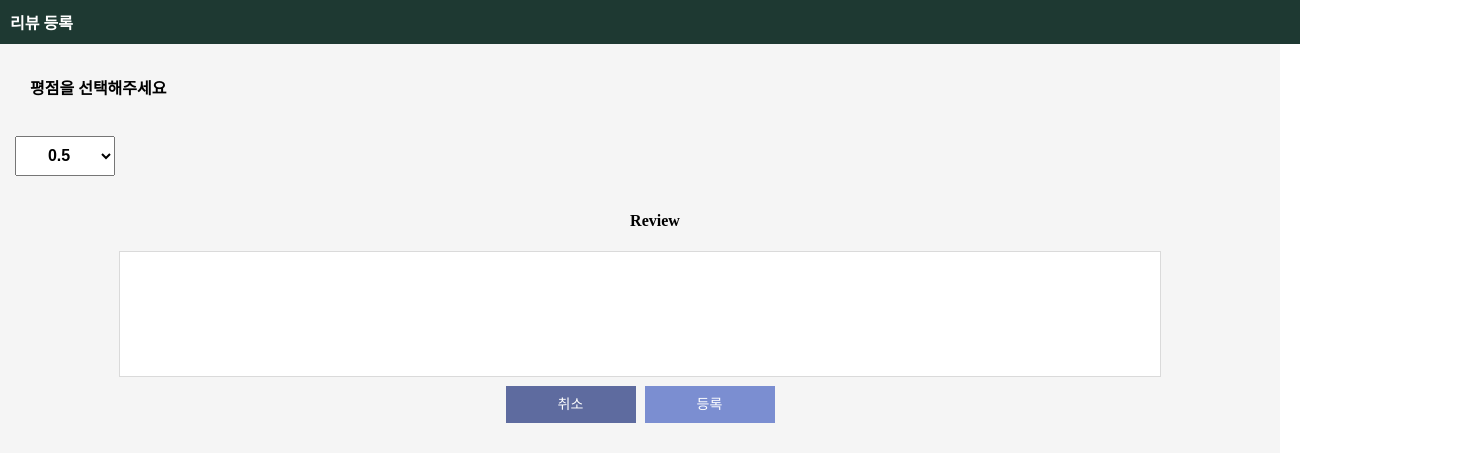
Repository: KimYoungHwans/Yproject
Page: http://localhost/Yproject/WEB-INF/views/replyEnroll.jsp
These files come from the project's save history. The page is drawn as it stood at one moment and after the next save; the edit follows.
The browser window is 1280 px wide. The page is 1300 px wide, then 1464 px, so the pictures cover 1464 px, including what lies to the right of the window. The pictures show the whole page.
The page is served by Tomcat 9. Nobody is signed in. Other server files are loaded and not shown. The template is opened directly, without the code that normally fills it, so the values that code supplies are empty.

Above is the page before, as saved 2023-01-18 07:15:34.

### workspace/Yproject/src/main/webapp/WEB-INF/views/replyEnroll.jsp
<%@ page language="java" contentType="text/html; charset=UTF-8"
    pageEncoding="UTF-8"%>
<!DOCTYPE html>
<html>
<head>
<meta charset="UTF-8">
<title>Insert title here</title>

<script
  src="https://code.jquery.com/jquery-3.4.1.js"
  integrity="sha256-WpOohJOqMqqyKL9FccASB9O0KwACQJpFTUBLTYOVvVU="
  crossorigin="anonymous"></script>

   <style type="text/css">
  	/* 창 여분 없애기 */
  	body{
  		margin : 0;
  	}
  	/* 전체 배경화면 색상 */
  	.wrapper_div{
		background-color: #f5f5f5;
	    height: 100%;
  	}
 	/* 팝업창 제목 */
  	.subject_div{
	    width: 100%;
	    background-color: #1E3932;
	    color: white;
	    padding: 10px;
	    font-weight: bold;
  	}

  	/* 컨텐츠, 버튼 영역 padding */
  	.input_wrap{
  		padding: 30px;
  	}
  	.btn_wrap{
  		padding: 5px 30px 30px 30px;
  		text-align: center;
  	}

  	/* 버튼 영역 */
  	.cancle_btn{
  		margin-right:5px;
  	    display: inline-block;
	    width: 130px;
	    background-color: #5e6b9f;
	    padding-top: 10px;
	    height: 27px;
	    color: #fff;
	    font-size: 14px;
	    line-height: 18px;
  	}
  	.enroll_btn{
   	    display: inline-block;
	    width: 130px;
	    background-color: #7b8ed1;
	    padding-top: 10px;
	    height: 27px;
	    color: #fff;
	    font-size: 14px;
	    line-height: 18px;
  	}

	/* 상품제목 영역 */
	.productName_div h2{
		margin : 0;
	}
  	/* 평점 영역 */
  	.rating_div{
  		padding-top: 10px;
  	}
  	.rating_div h4{
  		margin-left: 30px;
  	}
  	select{
  	margin: 15px;
    width: 100px;
    height: 40px;
    text-align: center;
    font-size: 16px;
    font-weight: 600;
  	}
  	/* 리뷰 작성 영역 */
  	.content_div{
  		 text-align: center;
  	}
  	.content_div h4{
  		margin-left : 30px;
  	}
  	textarea{
		width: 80%;
	    height: 100px;
	    border: 1px solid #dadada;
	    padding: 12px 8px 12px 8px;
	    font-size: 15px;
	    color: #a9a9a9;
	    resize: none;


  	}

  </style>
</head>
<body>

	<div class="wrapper_div">
		<div class="subject_div">
			리뷰 등록
		</div>

		<div class="rating_div">
			<h4> 평점을 선택해주세요 </h4>
				<select name="rating">
					<option value="0.5">0.5</option>
					<option value="1.0">1.0</option>
					<option value="1.5">1.5</option>
					<option value="2.0">2.0</option>
					<option value="2.5">2.5</option>
					<option value="3.0">3.0</option>
					<option value="3.5">3.5</option>
					<option value="4.0">4.0</option>
					<option value="4.5">4.5</option>
					<option value="5.0">5.0</option>
				</select>
		</div>
		<div class="content_div">
			<h4>Review</h4>
			<textarea name="content"></textarea>
		</div>

		<div class="btn_wrap">
			<a class="cancle_btn">취소</a>
			<a class="enroll_btn">등록</a>
		</div>

	</div>


	<script>

	//취소 버튼
	$(".cancle_btn").on("click", function(e){

		window.close();
	});


	//등록 버튼
	$(".enroll_btn").on("click",function(e){

		const productId = '${productIntro.productId}';
		const memberId = '${memberId}';
		const rating = $("select").val();
		const content = $("textarea").val();

		const data = {
				productId : productId,
				memberId : memberId,
				rating : rating,
				content : content
		}

		$.ajax({
			data : data,
			type : 'POST',
			url : '/reply/enroll',
			success : function(result){

				//댓글 초기화 후 팝업 창 닫아주기
				$(opener.location).attr("href", "javascript:replyListInit();");
				window.close();

			}

		});
	});

	</script>

</body>
</html>

After the next save:
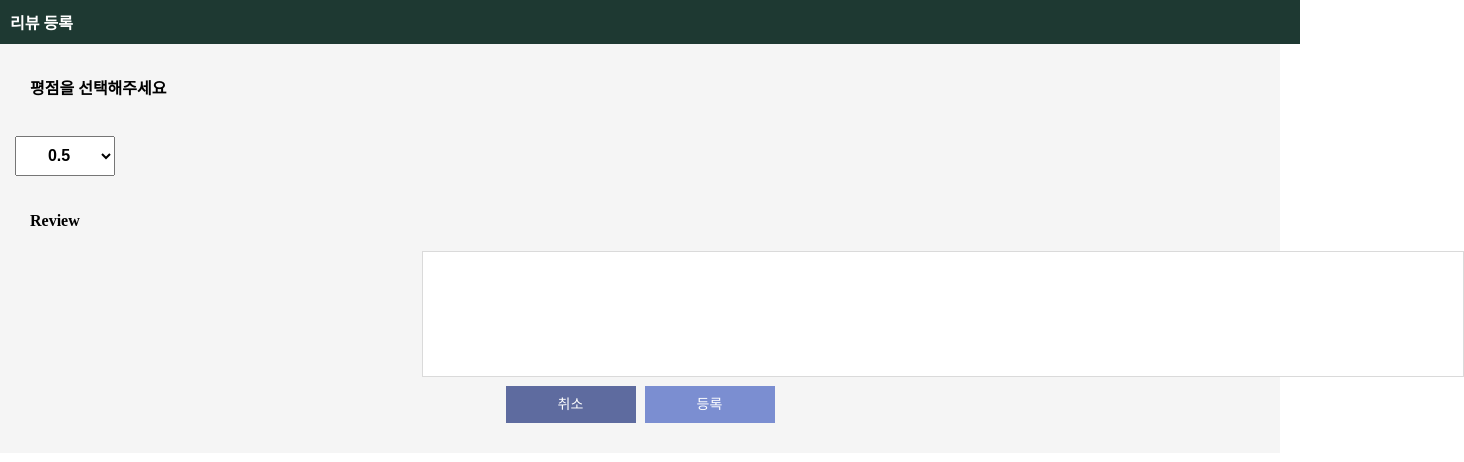
Saved 14 s later.
--- a/workspace/Yproject/src/main/webapp/WEB-INF/views/replyEnroll.jsp
+++ b/workspace/Yproject/src/main/webapp/WEB-INF/views/replyEnroll.jsp
@@ -83,7 +83,7 @@
   	}
   	/* 리뷰 작성 영역 */
   	.content_div{
-  		 text-align: center;
+
   	}
   	.content_div h4{
   		margin-left : 30px;
@@ -96,7 +96,7 @@
 	    font-size: 15px;
 	    color: #a9a9a9;
 	    resize: none;
-
+	  margin-left: 33%;
 
   	}
 
